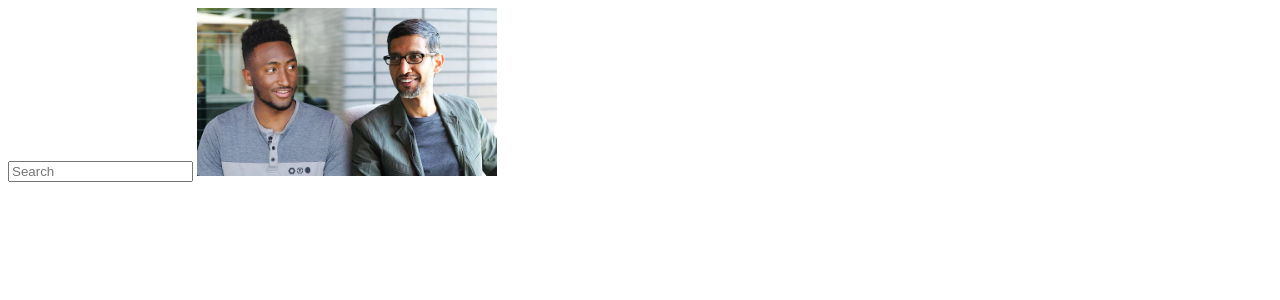
Repository: knowledgeAlan/html-css-eight
Page: youtube.html
These files come from the project's save history. The page is drawn as it stood at one moment and after the next save; the edit follows.
The browser window is 1280 px wide. The pictures show the whole page.

Above is the page before, as saved 2024-03-05 18:22:59.

After the next save:
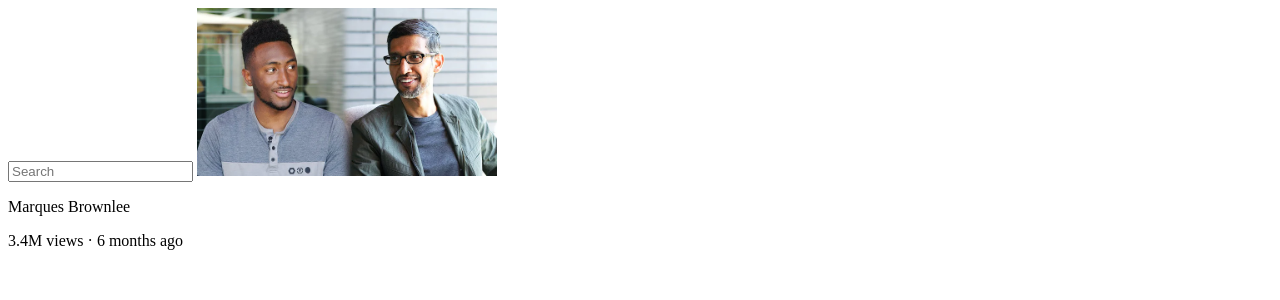
Saved 2 min 12 s later.
--- a/youtube.html
+++ b/youtube.html
@@ -21,6 +21,14 @@
         <input class="searh-bar" type="text" placeholder="Search">
 
         <img class="thumbnail" src="thumbnails/thumbnail.png" alt="Dinosaur"/>
+
+        <p class="video-title">
+            Marques Brownlee
+        </p>
+
+        <p class="video-stats">
+            3.4M views &#183; 6 months ago
+        </p>
     </body>
 </head>
 </html>
